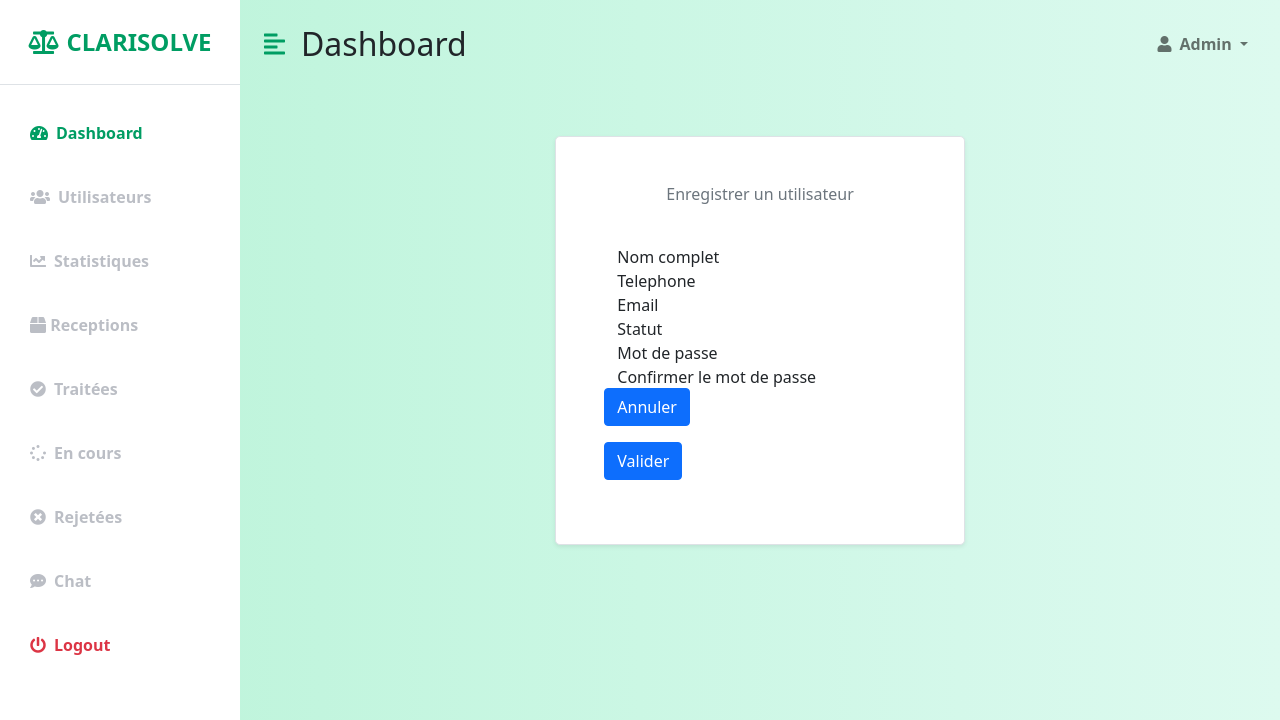
Repository: Senare1/PlaintEasy
Page: accounts/templates/accounts/signup_user.html
An editor plug-in stored every save of this project. The page is shown before and after the next save, followed by the edit.
The browser window is 1280 px wide. The pictures show the whole page.
The template is drawn by Django 4.2. The application's start-up code is not run. The template is opened directly, without the code that normally fills it, so the values that code supplies are empty.

Above is the page before, as saved 2024-08-10 13:05:20.
Console error: TypeError: Cannot read properties of null (reading 'addEventListener')

After the next save:
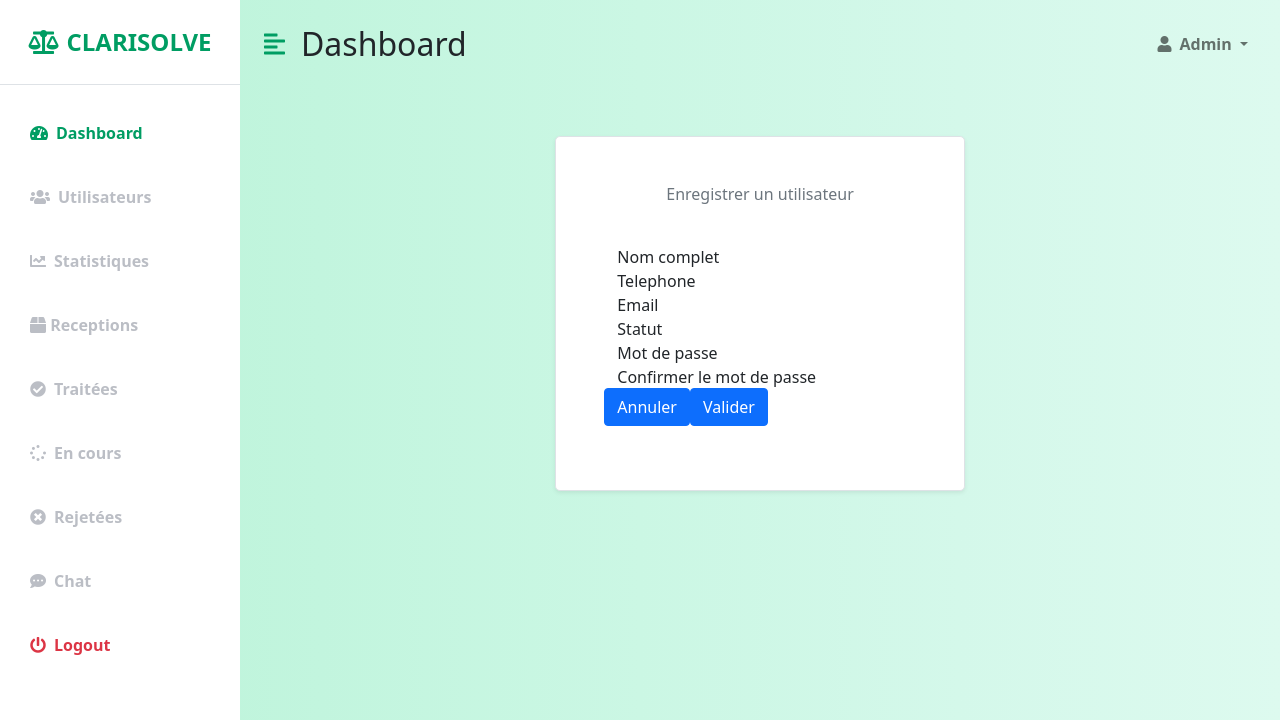
Saved 35 s later.
--- a/accounts/templates/accounts/signup_user.html
+++ b/accounts/templates/accounts/signup_user.html
@@ -71,10 +71,8 @@
                   <div class="col-12">
                     <div class="d-flex my-3">
                       <button class="btn btn-primary btn-dm" type="reset">Annuler</button>
+                      <button class="btn btn-primary btn-dm" type="submit">Valider</button>
                     </div>
-                    <div class="d-flex my-3">
-                        <button class="btn btn-primary btn-dm" type="submit">Valider</button>
-                      </div>
                   </div>
                 </div>
               </form>
